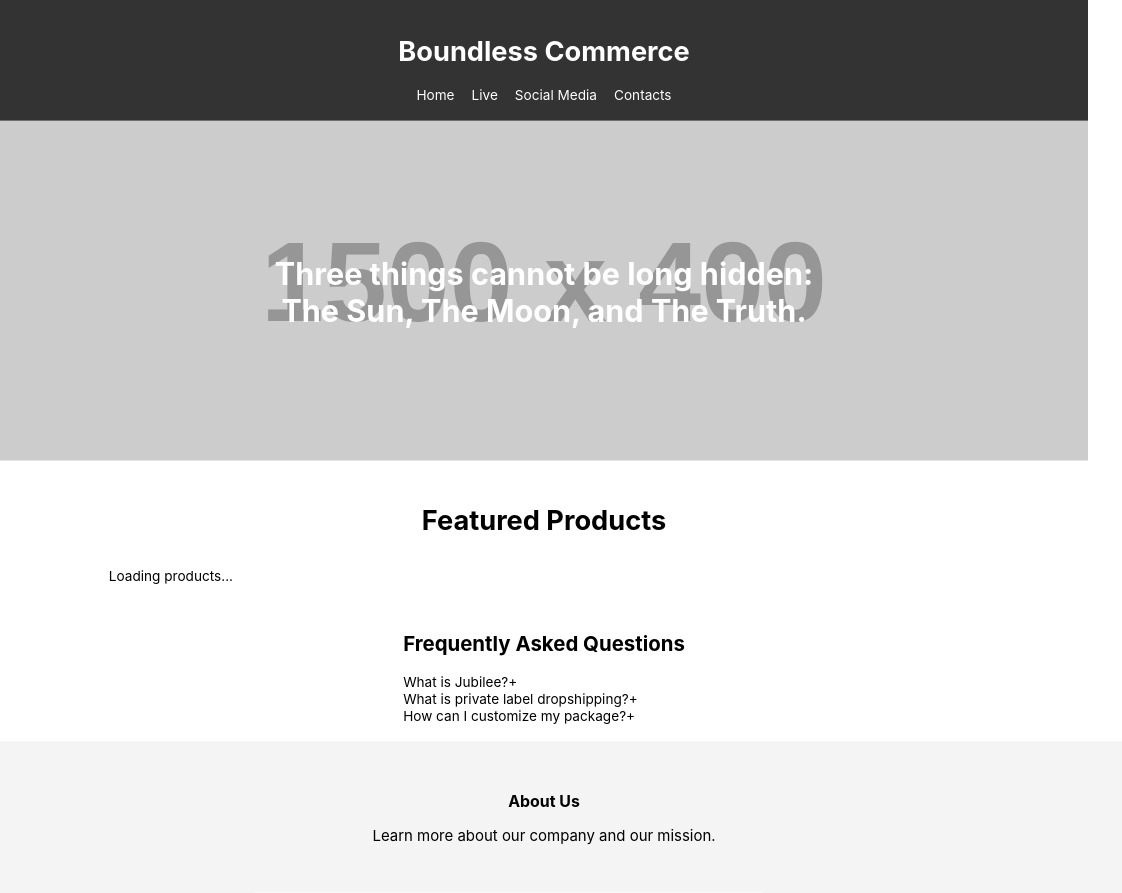
Repository: Nn-Exe/chunar-ecommerce
Page: / (app in ecommerce-frontend/)
The author's editor kept a copy of each file at every save. The page is drawn from the files as they stood at one save, then again after the next save.
The browser window is 1280 px wide. The page is 1320 px wide, so the pictures cover 1320 px, including what lies to the right of the window. The pictures show the whole page, at 85% of full size.
The page's requests for data from a server got no answer. The project was rebuilt for these pictures with package versions that can differ from the ones it lists, and the page was loaded fresh each time. No one was signed in, and anything a server would have sent is missing.

Above is the page before, as saved 2024-09-11 14:33:14.

### ecommerce-frontend/src/App.js
import React, { useState, useEffect } from 'react';
import './App.css';
import { BrowserRouter as Router, Route, Routes } from 'react-router-dom';  // Importing React Router
import Navbar from './components/Navbar';  // Correct way to import default export
import HeroSection from './components/HeroSection';  // Correct way to import default export
import ProductList from './components/ProductList';  // Correct way to import default export
import Faq from './components/Faq';  // Import the Faq component from the components folder

// Home page component (the default view)
function Home({ products }) {
  return (
    <div className="home-page">
      {/* Hero Section */}
      <div className="hero-container">
        <HeroSection />
      </div>

      {/* Featured Products Section */}
      <section className="products-section">
        <div className="section-header">
          <h2>Featured Products</h2>
        </div>

        <div className="product-grid">
          <ProductList products={products} />
        </div>
      </section>

      <br />

      {/* FAQ Section */}
      <Faq />  {/* Using the imported Faq component */}

      {/* Add more sections here */}

      <br />

      <section className="about-section">
        <div className="about-content">
          <h3>About Us</h3>
          <p>Learn more about our company and our mission.</p>
        </div>
      </section>
    </div>
  );
}

// Other page components
function Live() {
  return <h2>Live Page</h2>;
}

function Contacts() {
  return <h2>Contacts Page</h2>;
}

function SocialMedia() {
  // External link can be opened using an anchor tag, so no need for a separate page.
  window.location.href = "https://linktr.ee/chunar.co";  // Redirect to external social media page
  return null;
}

function App() {
  const [products, setProducts] = useState([]);

  useEffect(() => {
    fetch('http://localhost:5000/api/products')
      .then((response) => response.json())
      .then((data) => setProducts(data))
      .catch((error) => console.error('Error fetching products:', error));
  }, []);

  return (
    <Router>
      <div className="App">
        <header className="App-header">
          <h1>Boundless Commerce</h1>
          <Navbar />
        </header>

        <Routes>
          {/* Home page route */}
          <Route path="/" element={<Home products={products} />} />

          {/* Other pages */}
          <Route path="/live" element={<Live />} />
          <Route path="/contacts" element={<Contacts />} />

          {/* Redirect to external social media link */}
          <Route path="/social-media" element={<SocialMedia />} />
        </Routes>
      </div>
    </Router>
  );
}

export default App;

### ecommerce-frontend/src/App.css
/* ------------- Main Structure ------------ */

.App-header {
  background-color: #333;
  color: white;
  padding: 20px;
  text-align: center;
}

nav ul {
  list-style-type: none;
  padding: 0;
  margin: 0;
  display: flex;
  justify-content: center;
  gap: 20px;
}

nav ul li a {
  color: white;
  text-decoration: none;
  font-size: 16px;
}

.hero {
  position: relative;
  text-align: center;
}

.hero-banner {
  width: 100%;
  height: 400px;
  object-fit: cover;
}

.hero-text {
  position: absolute;
  top: 50%;
  left: 50%;
  transform: translate(-50%, -50%);
  color: white;
  font-size: 24px;
  font-weight: bold;
}

.products {
  padding: 40px;
  text-align: center;
}

.product-list {
  display: grid;
  grid-template-columns: repeat(5, 1fr);
  gap: 20px;
}

.product-card {
  border: 1px solid #ddd;
  padding: 20px;
  text-align: center;
  transition: transform 0.3s;
}

.product-card img {
  max-width: 100%;
  height: auto;
  margin-bottom: 10px;
}

.product-card:hover {
  transform: scale(1.05);
}


.product-card img {
  width: 200px;
  height: 200px;
  object-fit: cover;   /* Ensures the image covers the given area */
  border-radius: 10px; /* Optional: adds rounded corners */
}



/* ----------- Home Div -------------- */

/* App.css */

.home-page {
  display: flex;
  flex-direction: column;
  align-items: center;
}

/* Hero Section */
.hero-container {
  width: 100%;
  margin-bottom: 20px;
}

/* Products Section */
.products-section {
  width: 80%;
  margin: 0 auto;
}

.section-header h2 {
  text-align: center;
  font-size: 2rem;
  margin-bottom: 20px;
}

/* Product Grid
.product-grid {
  display: grid;
  grid-template-columns: repeat(3, 1fr);
  gap: 20px;
}

.product-card {
  border: 1px solid #ddd;
  padding: 20px;
  text-align: center;
} */

/* About Section */
.about-section {
  background-color: #f4f4f4;
  padding: 40px;
  width: 100%;
  text-align: center;
}

.about-section h3 {
  margin-bottom: 10px;
}

.about-section p {
  font-size: 1.1rem;
}


/* ----------- FAQ Section ---------------- */

### ecommerce-frontend/src/components/Navbar.js
import React from 'react';
import { Link } from 'react-router-dom';

function Navbar() {
  return (
    <nav>
      <ul>
        <li><Link to="/">Home</Link></li>  {/* Links to the home page */}
        <li><Link to="/live">Live</Link></li>  {/* Links to the live page */}
        <li><a href="https://linktr.ee/chunar.co" target="_blank" rel="noopener noreferrer">Social Media</a></li> {/* Opens external link in new tab */}
        <li><Link to="/contacts">Contacts</Link></li>  {/* Links to the contacts page */}
      </ul>
    </nav>
  );
}

export default Navbar;

### ecommerce-frontend/src/components/HeroSection.js
import React from 'react';

function HeroSection() {
  return (
    <section className="hero">
      <img src="https://via.placeholder.com/1500x400" alt="Banner" className="hero-banner" />
      <div className="hero-text">
        <h2>Three things cannot be long hidden: The Sun, The Moon, and The Truth.</h2>
      </div>
    </section>
  );
}

export default HeroSection;  // Ensure you have this line

### ecommerce-frontend/src/components/ProductList.js
import React from 'react';

function ProductList({ products }) {
  return (
    <div className="product-list">
      {products.length === 0 ? (
        <p>Loading products...</p>
      ) : (
        products.map((product) => (
          <div key={product.id} className="product-card">
              <img
                src={product.image}
                alt={product.name}
                className="product-image"
              />
            <h3>{product.name}</h3>
            <p>{product.description}</p>
            <p>${product.price}</p>
          </div>
        ))
      )}
    </div>
  );
}

export default ProductList;

### ecommerce-frontend/src/components/Faq.js
import React, { useState } from 'react';

const Faq = () => {
  const [activeIndex, setActiveIndex] = useState(null);

  const toggleFaq = (index) => {
    setActiveIndex(activeIndex === index ? null : index);
  };

  return (
    <div className="faq-section">
      <h2>Frequently Asked Questions</h2>

      <div className="faq-items"> {/* Grid layout for the items */}
        <div className={`faq-item ${activeIndex === 0 ? 'active' : ''}`}>
          <div className="faq-question" onClick={() => toggleFaq(0)}>
            <span>What is Jubilee?</span>
            <span className="icon">{activeIndex === 0 ? '-' : '+'}</span>
          </div>
          {activeIndex === 0 && (
            <div className="faq-answer">
              <p>Jubilee is a dropshipping marketplace that lets you build your own cosmetic and skincare line with minimal upfront costs...</p>
            </div>
          )}
        </div>

        <div className={`faq-item ${activeIndex === 1 ? 'active' : ''}`}>
          <div className="faq-question" onClick={() => toggleFaq(1)}>
            <span>What is private label dropshipping?</span>
            <span className="icon">{activeIndex === 1 ? '-' : '+'}</span>
          </div>
          {activeIndex === 1 && (
            <div className="faq-answer">
              <p>Private label dropshipping allows you to sell products from suppliers with your own branding...</p>
            </div>
          )}
        </div>

        <div className={`faq-item ${activeIndex === 2 ? 'active' : ''}`}>
          <div className="faq-question" onClick={() => toggleFaq(2)}>
            <span>How can I customize my package?</span>
            <span className="icon">{activeIndex === 2 ? '-' : '+'}</span>
          </div>
          {activeIndex === 2 && (
            <div className="faq-answer">
              <p>Private labeling is a great way to showcase your brand...</p>
            </div>
          )}
        </div>
      </div>
    </div>
  );
};

export default Faq;

Loaded but not shown: ecommerce-frontend/public/index.html (common file); ecommerce-frontend/src/index.js (common file); ecommerce-frontend/src/index.css (common file); ecommerce-frontend/src/reportWebVitals.js (common file)

After the next save:
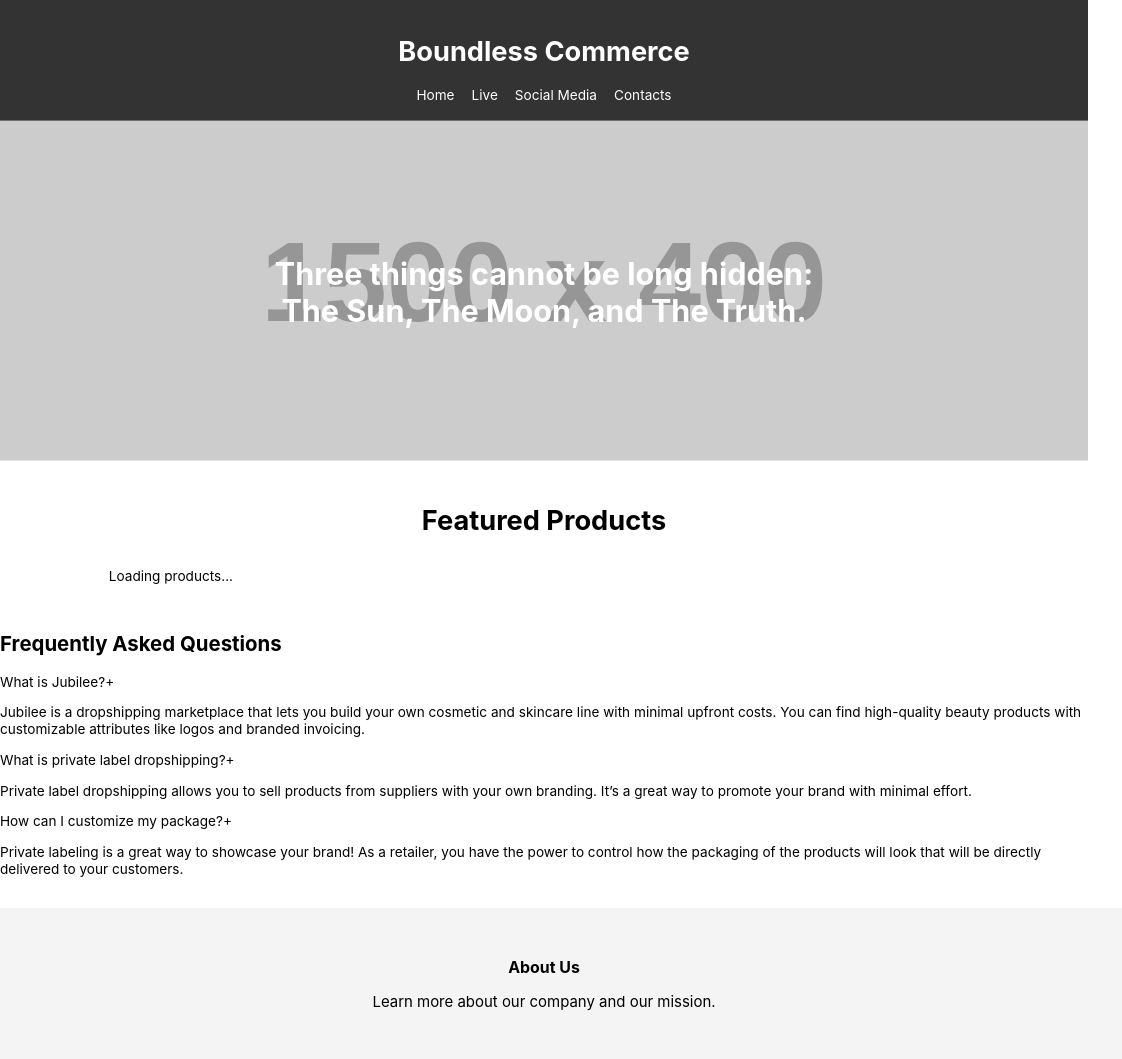
Saved 27 s later.
--- a/ecommerce-frontend/src/components/Faq.js
+++ b/ecommerce-frontend/src/components/Faq.js
@@ -8,44 +8,53 @@ const Faq = () => {
   };
 
   return (
-    <div className="faq-section">
-      <h2>Frequently Asked Questions</h2>
+    <div className="faq-section mx-auto max-w-6xl text-center">
+      <h2 className="text-3xl font-bold mb-8">Frequently Asked Questions</h2>
 
-      <div className="faq-items"> {/* Grid layout for the items */}
-        <div className={`faq-item ${activeIndex === 0 ? 'active' : ''}`}>
-          <div className="faq-question" onClick={() => toggleFaq(0)}>
+      <div className="grid grid-cols-1 md:grid-cols-2 gap-8"> {/* Responsive grid for 2 items per row */}
+        <div className={`faq-item bg-white shadow-md rounded-lg overflow-hidden transform transition-all duration-500 ease-in-out ${activeIndex === 0 ? 'scale-105' : ''}`}>
+          <div
+            className="faq-question p-5 cursor-pointer flex justify-between items-center text-lg font-semibold bg-gray-100 hover:bg-gray-200 transition-colors duration-300"
+            onClick={() => toggleFaq(0)}
+          >
             <span>What is Jubilee?</span>
-            <span className="icon">{activeIndex === 0 ? '-' : '+'}</span>
+            <span className={`transform transition-transform duration-300 ${activeIndex === 0 ? 'rotate-45' : ''}`}>+</span>
           </div>
-          {activeIndex === 0 && (
-            <div className="faq-answer">
-              <p>Jubilee is a dropshipping marketplace that lets you build your own cosmetic and skincare line with minimal upfront costs...</p>
-            </div>
-          )}
+          <div
+            className={`faq-answer px-5 overflow-hidden transition-all duration-500 ease-in-out ${activeIndex === 0 ? 'max-h-96 opacity-100 py-5' : 'max-h-0 opacity-0'}`}
+          >
+            <p>Jubilee is a dropshipping marketplace that lets you build your own cosmetic and skincare line with minimal upfront costs. You can find high-quality beauty products with customizable attributes like logos and branded invoicing.</p>
+          </div>
         </div>
 
-        <div className={`faq-item ${activeIndex === 1 ? 'active' : ''}`}>
-          <div className="faq-question" onClick={() => toggleFaq(1)}>
+        <div className={`faq-item bg-white shadow-md rounded-lg overflow-hidden transform transition-all duration-500 ease-in-out ${activeIndex === 1 ? 'scale-105' : ''}`}>
+          <div
+            className="faq-question p-5 cursor-pointer flex justify-between items-center text-lg font-semibold bg-gray-100 hover:bg-gray-200 transition-colors duration-300"
+            onClick={() => toggleFaq(1)}
+          >
             <span>What is private label dropshipping?</span>
-            <span className="icon">{activeIndex === 1 ? '-' : '+'}</span>
+            <span className={`transform transition-transform duration-300 ${activeIndex === 1 ? 'rotate-45' : ''}`}>+</span>
           </div>
-          {activeIndex === 1 && (
-            <div className="faq-answer">
-              <p>Private label dropshipping allows you to sell products from suppliers with your own branding...</p>
-            </div>
-          )}
+          <div
+            className={`faq-answer px-5 overflow-hidden transition-all duration-500 ease-in-out ${activeIndex === 1 ? 'max-h-96 opacity-100 py-5' : 'max-h-0 opacity-0'}`}
+          >
+            <p>Private label dropshipping allows you to sell products from suppliers with your own branding. It’s a great way to promote your brand with minimal effort.</p>
+          </div>
         </div>
 
-        <div className={`faq-item ${activeIndex === 2 ? 'active' : ''}`}>
-          <div className="faq-question" onClick={() => toggleFaq(2)}>
+        <div className={`faq-item bg-white shadow-md rounded-lg overflow-hidden transform transition-all duration-500 ease-in-out ${activeIndex === 2 ? 'scale-105' : ''}`}>
+          <div
+            className="faq-question p-5 cursor-pointer flex justify-between items-center text-lg font-semibold bg-gray-100 hover:bg-gray-200 transition-colors duration-300"
+            onClick={() => toggleFaq(2)}
+          >
             <span>How can I customize my package?</span>
-            <span className="icon">{activeIndex === 2 ? '-' : '+'}</span>
+            <span className={`transform transition-transform duration-300 ${activeIndex === 2 ? 'rotate-45' : ''}`}>+</span>
           </div>
-          {activeIndex === 2 && (
-            <div className="faq-answer">
-              <p>Private labeling is a great way to showcase your brand...</p>
-            </div>
-          )}
+          <div
+            className={`faq-answer px-5 overflow-hidden transition-all duration-500 ease-in-out ${activeIndex === 2 ? 'max-h-96 opacity-100 py-5' : 'max-h-0 opacity-0'}`}
+          >
+            <p>Private labeling is a great way to showcase your brand! As a retailer, you have the power to control how the packaging of the products will look that will be directly delivered to your customers.</p>
+          </div>
         </div>
       </div>
     </div>
